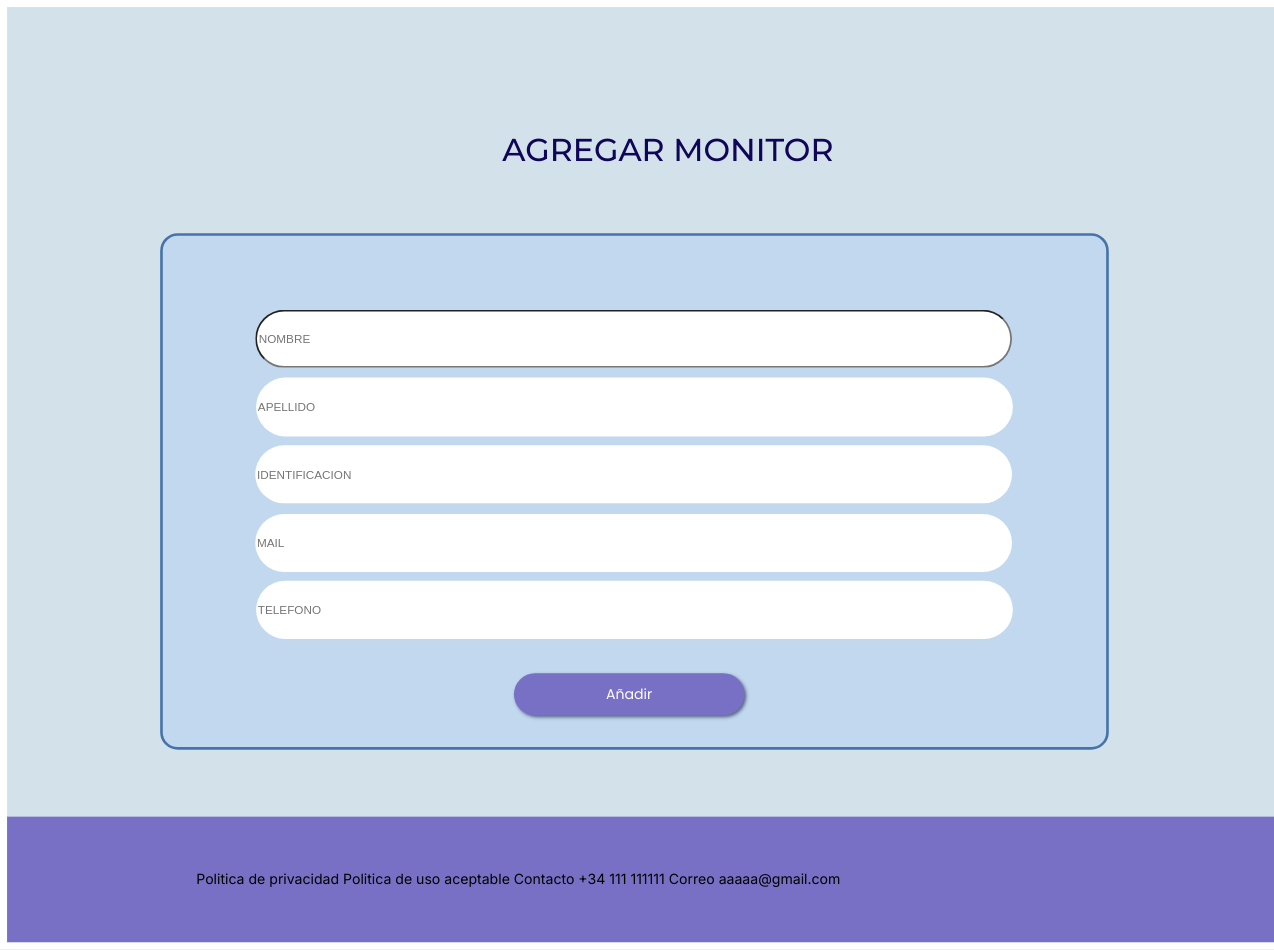
Repository: maariadomiingo/Proyecto-Integrador-Campamento
Page: html/agregarMonitor.html
An editor plug-in stored every save of this project. The page is shown before and after a run of saves, followed by the edit.
The browser window is 1280 px wide. The page is 1448 px wide, so the pictures cover 1448 px, including what lies to the right of the window. The pictures show the whole page, at 88% of full size.

Above is the page before, as saved 2025-02-13 10:50:54.

After the next 2 saves:
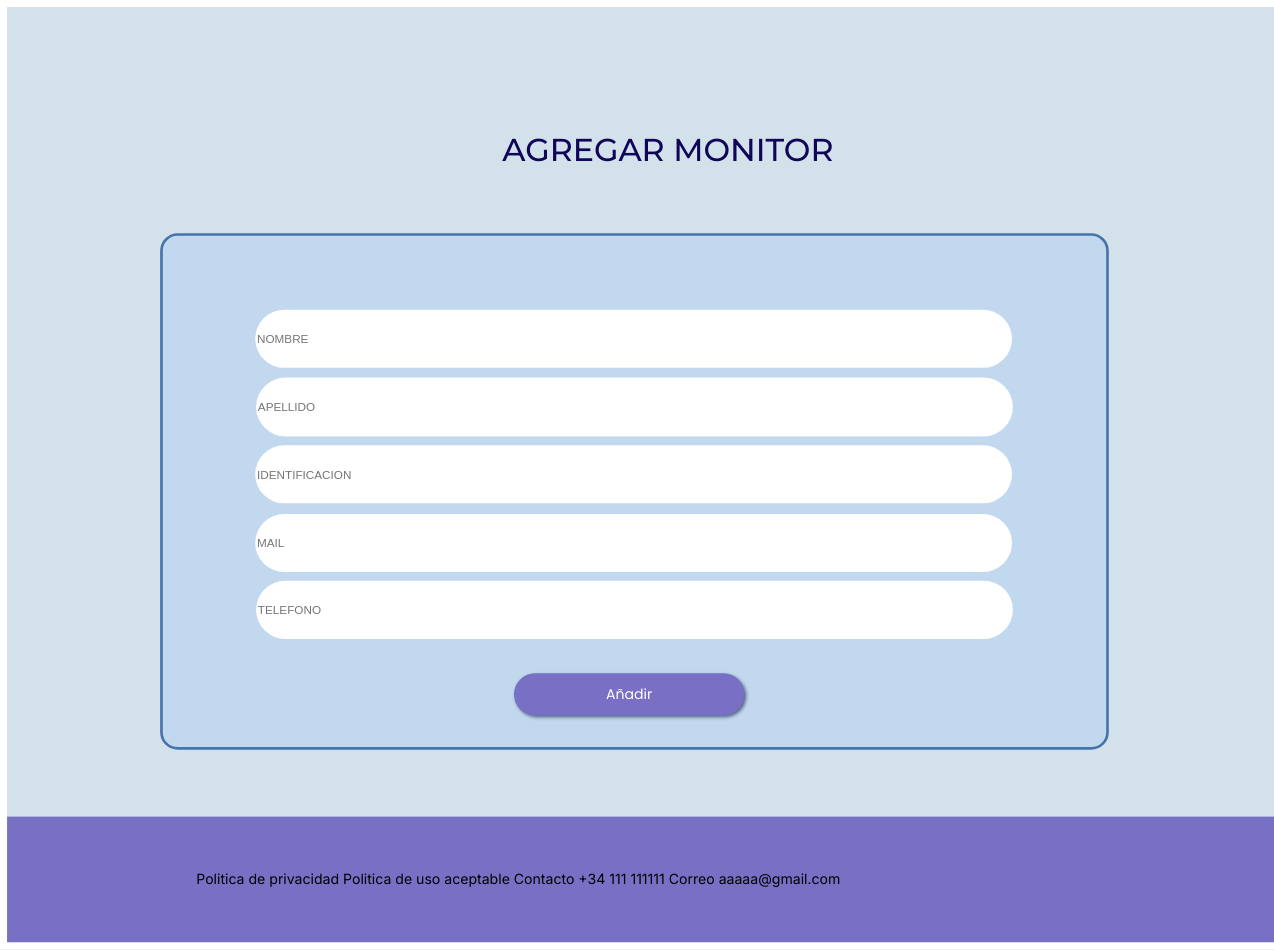
The 2 saves are shown as one change because they came seconds apart.
The last was saved 15 s later.
--- a/css/agregarMonitor.css
+++ b/css/agregarMonitor.css
@@ -122,10 +122,14 @@ button {
   height: 66px;
   top: 344px;
   left: 282px;
-  background: #ffffff;
-  z-index: 11;
-  overflow: hidden;
-  border-radius: 50px;
+  cursor: pointer;
+background: #ffffff;
+border: none;
+z-index: 9;
+border-radius: 50px;
+
+
+
 }
 
 .apellido {
